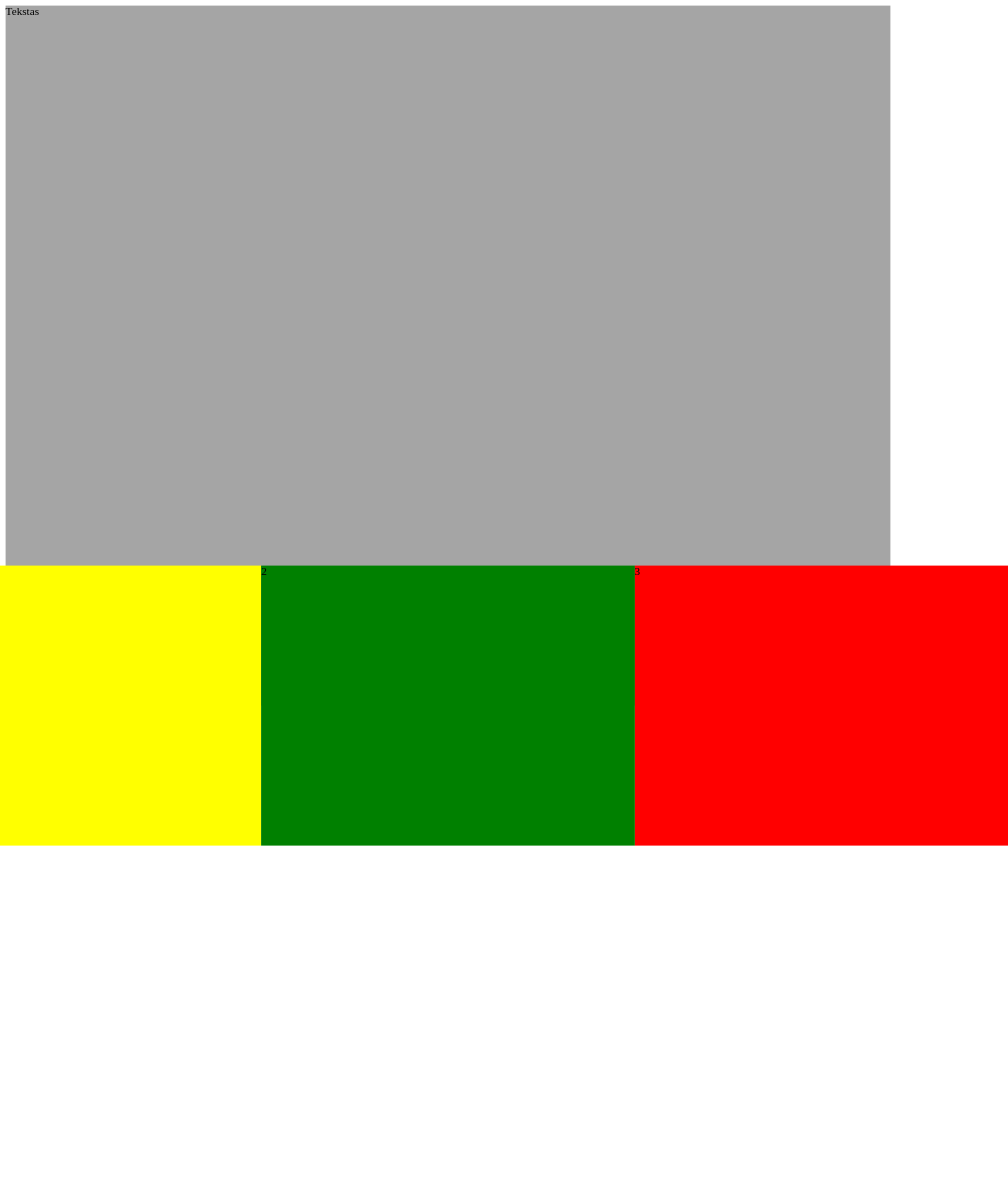
Repository: motiejus1/13-paskaita-05.31
Page: index.html
An editor plug-in stored every save of this project. The page is shown before and after a run of saves, followed by the edit.
The browser window is 1280 px wide. The page is 1440 px wide, so the pictures cover 1440 px, including what lies to the right of the window. The pictures show the part of the page from y = 0 to 1720 px (the page is 5008 px tall before and 5050 px after), at 70% of full size.

Above is the page before, as saved 2021-06-21 19:56:06.

### index.html
<!DOCTYPE html>
<html lang="en">
<head>
    <meta charset="UTF-8">
    <meta http-equiv="X-UA-Compatible" content="IE=edge">
    <meta name="viewport" content="width=device-width, initial-scale=1.0">
    <title>13 paskaita</title>
    <style>
        .container {
            height: 1000px;
            background-color: rgb(165, 165, 165) ;
            /* z-index: 2 ;  */
            position: relative;
        }

        .kvadratai {
            width: 1600px;
            position:absolute;
            left: 50%;
            transform: translate(-50%, -50%);
            top: 100%;
        }

        .kvadratas {
            width: 33.33%;
            height: 400px;
            float:left;

        }

        .footer {
            height: 5000px;
        }

        .zalia {
            background-color: green;
        }

        .geltona {
            background-color: yellow;
        }

        .raudona {
            background-color: red;
        }

        .kvadratelis {
            width: 50px;
            height: 50px;
            background-color: red;
            position:relative;
            /* z-index: 1; */

        }

        .container1 {
            height: 400px;
            background-color: rgb(126, 100, 100) ;
        }
    </style>


</head>

<body>
<!-- position relative ir position absolute -->

<!-- position relative  -->

<div class="container">

    <div class="kvadratai">
        <div class="kvadratas geltona">1</div>
        <div class="kvadratas zalia">2</div>
        <div class="kvadratas raudona">3</div>
    </div>

    <div class="footer">
        Tekstas
    </div>


</div>



</body>
</html>

After the next 4 saves:
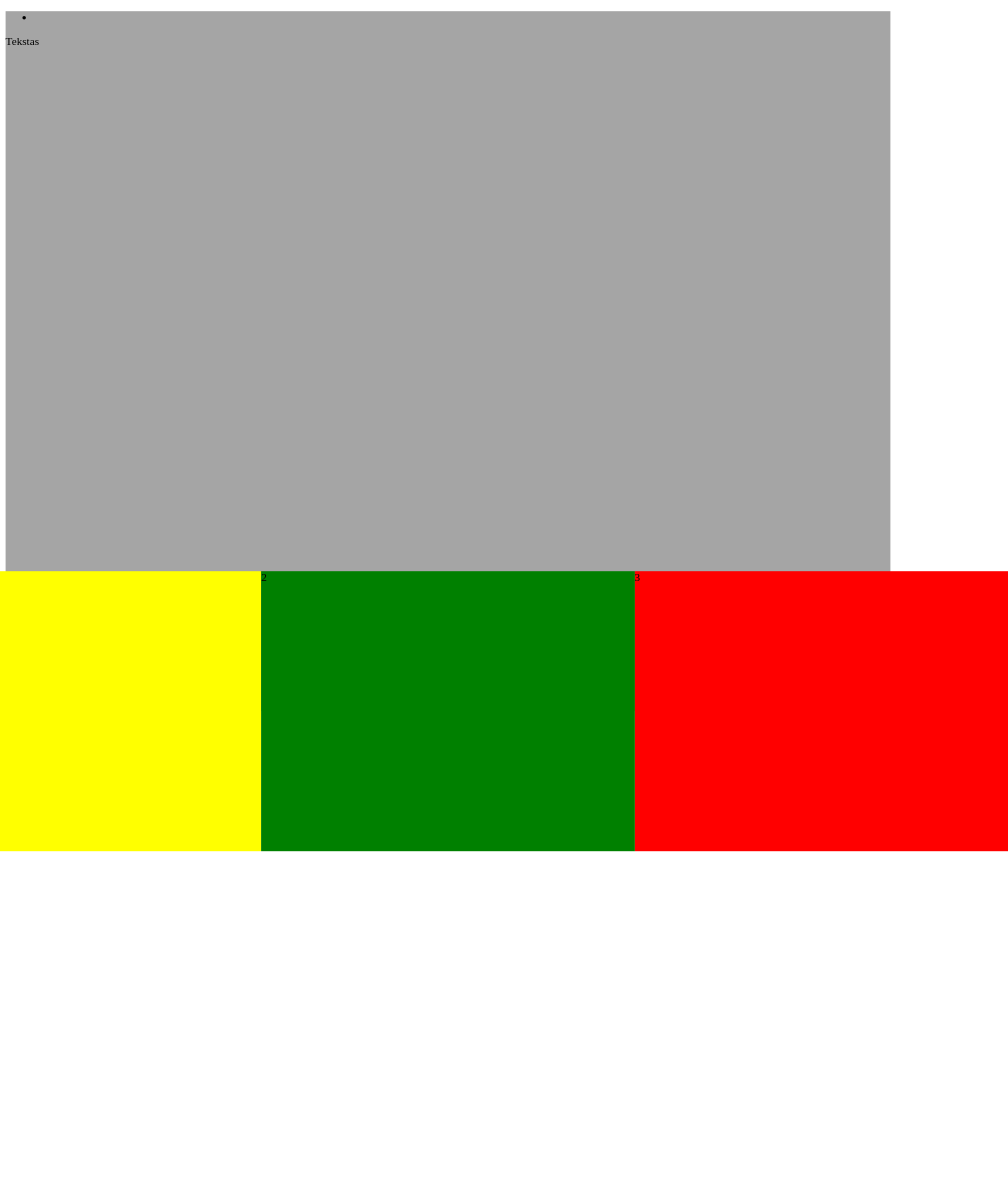
The 4 saves are shown as one change because they came seconds apart.
The last was saved 53 s later.
--- a/index.html
+++ b/index.html
@@ -69,6 +69,12 @@
 
 <div class="container">
 
+    <div class="menu">
+        <ul>
+            <li></li>
+        </ul>
+    </div>
+
     <div class="kvadratai">
         <div class="kvadratas geltona">1</div>
         <div class="kvadratas zalia">2</div>
